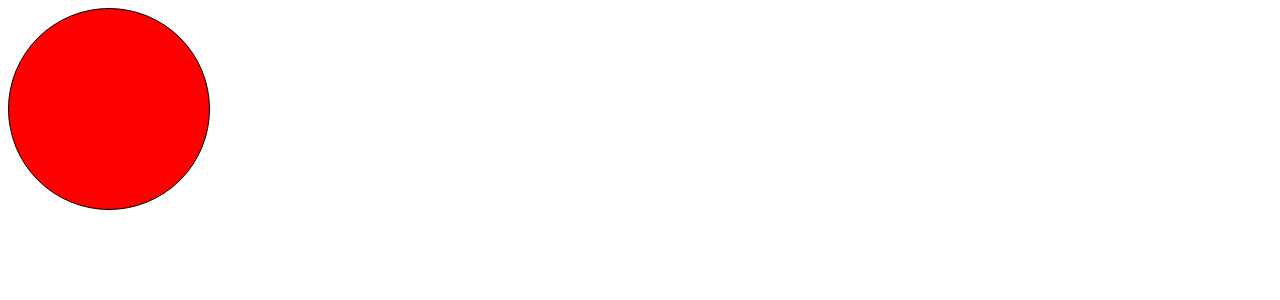
Repository: WAY-C/JSCodes
Page: 笔面试题/编程题/红绿灯/index.html
An editor plug-in stored every save of this project. The page is shown before and after the next save, followed by the edit.
The browser window is 1280 px wide. The pictures show the whole page.

Above is the page before, as saved 2021-09-14 21:47:12.

### 笔面试题/编程题/红绿灯/index.html
<!DOCTYPE html>
<html lang="en">

<head>
    <meta charset="UTF-8">
    <meta http-equiv="X-UA-Compatible" content="IE=edge">
    <meta name="viewport" content="width=device-width, initial-scale=1.0">
    <title>红绿灯</title>
    <style>
        #TrafficLight {
            width: 200px;
            height: 200px;
            border-radius: 50%;
            overflow: hidden;
            border: 1px solid #000;
        }

    </style>
</head>

<body>
    <div id="TrafficLight"></div>
    <script src="./trafficlight1.js"></script>
</body>

</html>

### 笔面试题/编程题/红绿灯/trafficlight1.js
//递归实现
function delay(duration) {
    return new Promise((resolve, reject) => {
        setTimeout(resolve, duration);
    });
}

async function changeColor(color, duration) {
    let light = document.getElementById('TrafficLight');
    light.style.background = color;
    await delay(duration);
}

async function run() {
    await changeColor('green', 3000);
    await changeColor('yellow', 1000);
    await changeColor('red', 2000);

    run();
}
run();

### 笔面试题/编程题/红绿灯/trafficlight2.js
// 配置实现
const TRAFFIC_LIGHT_CONFIG = {
    'green': 3000,
    'yellow': 1000,
    'red': 2000,
    'blue': 2000
}

function delay(duration) {
    return new Promise((resolve, reject) => {
        setTimeout(resolve, duration);
    });
}

async function changeColor(color) {
    let light = document.getElementById('TrafficLight');
    light.style.background = color;
    await delay(TRAFFIC_LIGHT_CONFIG[color]);
}

async function run() {
    for (let key in TRAFFIC_LIGHT_CONFIG) {
        changeColor(key);
    }

    run();
}
run();

After the next save:
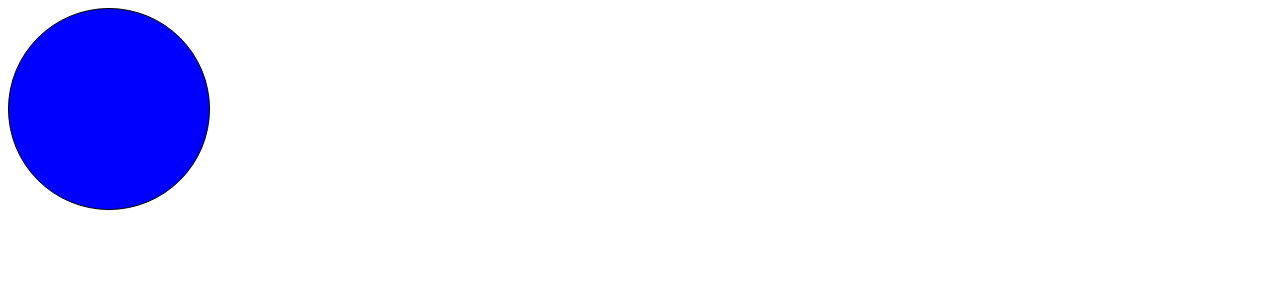
Console error: RangeError: Maximum call stack size exceeded
Saved 4 s later.
--- a/笔面试题/编程题/红绿灯/index.html
+++ b/笔面试题/编程题/红绿灯/index.html
@@ -20,7 +20,7 @@
 
 <body>
     <div id="TrafficLight"></div>
-    <script src="./trafficlight1.js"></script>
+    <script src="./trafficlight2.js"></script>
 </body>
 
 </html>

After the save that followed:
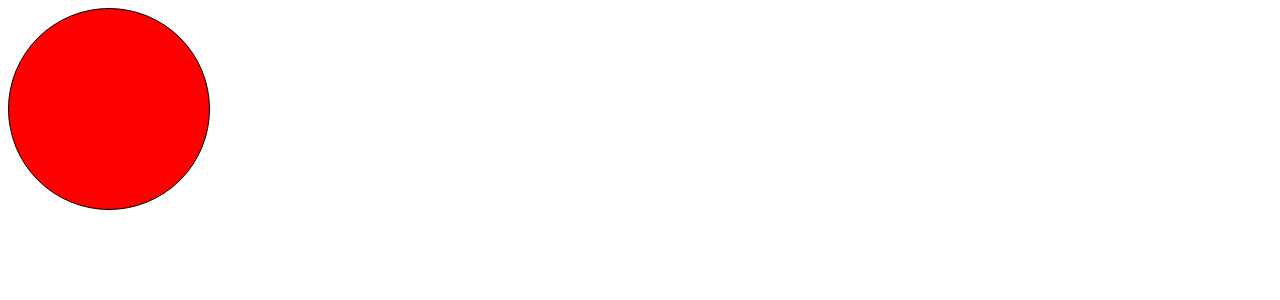
The error is gone.
Saved 56 s later.
--- a/笔面试题/编程题/红绿灯/trafficlight2.js
+++ b/笔面试题/编程题/红绿灯/trafficlight2.js
@@ -20,7 +20,7 @@ async function changeColor(color) {
 
 async function run() {
     for (let key in TRAFFIC_LIGHT_CONFIG) {
-        changeColor(key);
+        await changeColor(key);
     }
 
     run();
